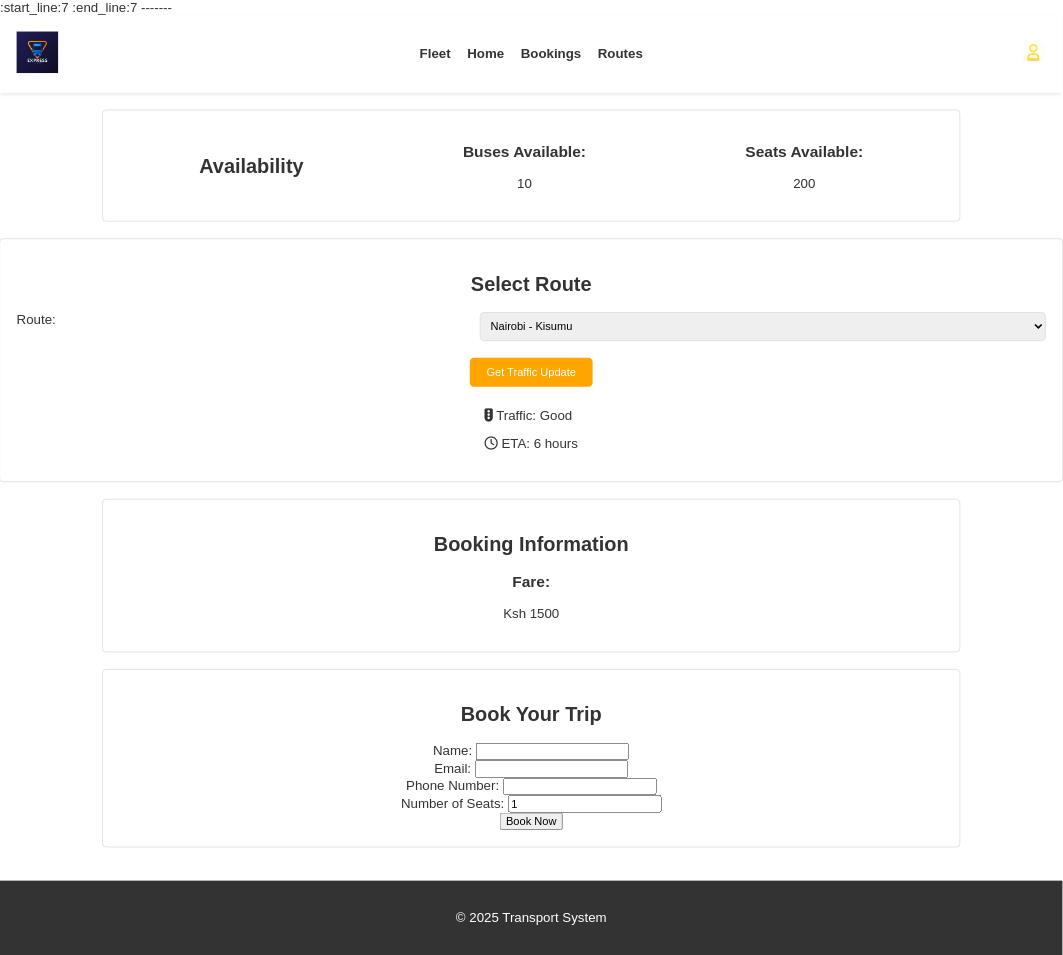
Repository: Ndegwa2/Smart-Transport-System
Page: client/booking.html
The author's editor kept a copy of each file at every save. The page is drawn from the files as they stood at one save, then again after the next save.
The browser window is 1280 px wide. The page is 1281 px wide, so the pictures cover 1281 px, including what lies to the right of the window. The pictures show the whole page, at 83% of full size.

Above is the page before, as saved 2025-04-02 19:01:04.
Console error: TypeError: Cannot set properties of null (setting 'innerHTML')

### client/booking.html
<!DOCTYPE html>
<html lang="en">
<head>
    <meta charset="UTF-8">
    <meta name="viewport" content="width=device-width, initial-scale=1.0">
:start_line:7
:end_line:7
-------
    <title>Booking</title>
    <style>
body {
    font-family: sans-serif;
    margin: 0;
    padding: 0;
    background-color: #fff;
    color: #333;
}

header {
    background-color: #fff;
    padding: 20px;
    display: flex;
    justify-content: space-between;
    align-items: center;
    box-shadow: 0 2px 5px rgba(0, 0, 0, 0.1);
}

.logo img {
    height: 50px;
}

nav ul {
    list-style: none;
    margin: 0;
    padding: 0;
    display: flex;
}

nav li {
    margin-right: 20px;
}

nav a {
    text-decoration: none;
    color: #333;
    font-weight: bold;
    transition: color 0.3s ease;
}

nav a:hover {
    color: orange;
}

.account {
    display: flex;
    align-items: center;
}

.sign-in-out button {
    background-color: orange;
    color: #fff;
    border: none;
    padding: 10px 20px;
    margin-right: 10px;
    border-radius: 5px;
    cursor: pointer;
    transition: background-color 0.3s ease;
}

.sign-in-out button:hover {
    background-color: #d97706;
}

.account-icon img {
    height: 30px;
    border-radius: 50%;
}

main {
    padding: 50px;
    text-align: center;
}

.hero h1 {
    font-size: 3em;
    color: orange;
    margin-bottom: 20px;
}

.hero p {
    font-size: 1.2em;
    line-height: 1.5;
}

footer {
    background-color: #333;
    color: #fff;
    text-align: center;
    padding: 20px;
}

.mission-vision-contacts {
    display: flex;
    justify-content: space-around;
    margin-top: 20px;
}

.card {
    width: 30%;
    padding: 20px;
    border: 1px solid #ddd;
    border-radius: 10px;
    text-align: left;
    transition: transform 0.3s ease;
}

.card:hover {
    transform: translateY(-5px);
    box-shadow: 0 4px 8px rgba(0, 0, 0, 0.2);
}

.slideshow {
    margin-top: 15px;
}

.slideshow-container {
    display: flex;
    flex-wrap: wrap;
}

.slide {
    width: 30%;
    margin: 10px;
    border: 1px solid #ddd;
    border-radius: 5px;
    box-shadow: 0 2px 5px rgba(0, 0, 0, 0.1);
    flex-shrink: 0;
    transition: transform 0.5s ease-in-out;
}

.slide img {
    width: 100%;
    height: 100%;
    object-fit: cover;
}

.about-us {
    margin-top: 15px;
    text-align: justify;
    padding: 20px;
    border: 1px solid #ddd;
    border-radius: 5px;
    box-shadow: 0 2px 5px rgba(0, 0, 0, 0.1);
    width: 100%;
    box-sizing: border-box;
}

.routes {
    margin-top: 20px;
    text-align: left;
}

.routes ul {
    list-style: none;
    padding: 0;
}

.routes li {
    margin-bottom: 10px;
}

.route-list {
    display: flex;
    justify-content: space-around;
    list-style: none;
    padding: 0;
}

.route-list li {
    text-align: center;
}

.route-list img {
    width: 100%;
    height: 200px;
    object-fit: cover;
    border-radius: 5px;
    box-shadow: 0 2px 5px rgba(0, 0, 0, 0.3);
    transition: transform 0.3s ease;
}

.route-list img:hover {
    transform: scale(1.1);
}

.route-list span {
    display: block;
    margin-top: 5px;
    font-weight: bold;
}

/* Styles for routes.html */
.route-container {
    display: flex;
    flex-wrap: wrap;
    justify-content: space-around;
}

.route-card {
    width: 200px;
    margin: 10px;
    padding: 15px;
    border: 1px solid #ddd;
    border-radius: 5px;
    text-align: center;
}

.route-card h3 {
    color: orange;
}

.info-container {
    display: flex;
    justify-content: space-around;
    margin-top: 20px;
}

.info-card {
    width: 30%;
    padding: 15px;
    border: 1px solid #ddd;
    border-radius: 5px;
    text-align: center;
}

.info-card h3 {
    color: orange;
}

.route-card img {
    width: 100%;
    max-height: 150px;
    object-fit: cover;
    border-radius: 5px;
    margin-bottom: 10px;
}

.info-card img {
    width: 100%;
    max-height: 100px;
    object-fit: cover;
    border-radius: 5px;
    margin-bottom: 10px;
}

.info-card {
    float: left;
    width: 45%;
    margin-right: 2%;
    border: 2px solid black;
}

.info-card h3 {
    color: orange;
}

.info-card:last-child {
    float: right;
    margin-right: 0;
}

/* Booking page specific styles */
.booking-page main {
    display: flex;
    flex-direction: column;
    align-items: center;
    padding: 20px;
}

.booking-page section {
    margin-bottom: 20px;
    width: 80%;
    border: 1px solid #ddd;
    padding: 20px;
    border-radius: 5px;
}

#availability {
    display: flex;
    justify-content: space-around;
    align-items: center;
}

#availability div {
    text-align: center;
}

#route-selection {
    display: flex;
    flex-direction: column;
    align-items: center;
    width: 100%;
}

#route-form {
    display: flex;
    flex-direction: column;
    align-items: center;
    width: 100%;
}

#route-form div {
    margin-bottom: 10px;
    width: 100%;
    display: flex;
    justify-content: space-between;
}

#route-form label {
    text-align: left;
    width: 40%;
}

#route-form select {
    width: 55%;
    padding: 8px;
    border-radius: 5px;
    border: 1px solid #ddd;
}

#route-form button {
    background-color: orange;
    color: #fff;
    border: none;
    padding: 10px 20px;
    border-radius: 5px;
    cursor: pointer;
    transition: background-color 0.3s ease;
    margin-top: 10px;
}

#route-form button:hover {
    background-color: #d97706;
}

#traffic-update {
    margin-top: 10px;
    text-align: left;
}

#booking-info {
    text-align: center;
}
    </style>
    <link rel="stylesheet" href="https://cdnjs.cloudflare.com/ajax/libs/font-awesome/6.0.0/css/all.min.css" integrity="sha512-9usAa10IRO0HhonpyAIVpjrylPvoDwiPUiKdWk5t3PyolY1cOd4DSE0Ga+ri4AuTroPR5aQvXU9xC6qOPnzFeg==" crossorigin="anonymous" referrerpolicy="no-referrer" />
</head>
<body class="booking-page">
    <header>
        <div class="logo">
            <img src="10550142.jpg" alt="Sacco Logo">
        </div>
        <nav>
            <ul>
                <li><a href="#">Fleet</a></li>
                <li><a href="landing page.html">Home</a></li>
                <li><a href="booking.html">Bookings</a></li>
                <li><a href="routes.html">Routes</a></li>
            </ul>
        </nav>
        <div class="account">
            <div class="account-icon">
                <img src="user-front-side-with-white-background.jpg" alt="Account">
            </div>

            <div id="login-form" style="display:none;">
                <h2>Login Form</h2>
                <label for="login-email">Email:</label><br>
                <input type="email" id="login-email" name="login-email"><br><br>

                <label for="login-password">Password:</label><br>
                <input type="password" id="login-password" name="login-password"><br><br>

                <button id="login-button">Login</button>
            </div>

            <div id="registration-form" style="display:none;">
                <h2>Registration Form</h2>
                <label for="reg-name">Name:</label><br>
                <input type="text" id="reg-name" name="reg-name"><br><br>

                <label for="reg-email">Email:</label><br>
                <input type="email" id="reg-email" name="reg-email"><br><br>

                <label for="reg-password">Password:</label><br>
                <input type="password" id="reg-password" name="reg-password"><br><br>

                <button id="register-button">Register</button>
            </div>
        </div>
    </header>
    <main>
        <section id="availability">
            <h2>Availability</h2>
            <div>
                <h3>Buses Available:</h3>
                <p id="buses-available">10</p>
            </div>
            <div>
                <h3>Seats Available:</h3>
                <p id="seats-available">200</p>
            </div>
        </section>
        <section id="route-selection">
            <h2>Select Route</h2>
            <form id="route-form">
                <div>
                    <label for="route">Route:</label>
                    <select id="route" name="route">
                        <option value="Nairobi-Kisumu">Nairobi - Kisumu</option>
                        <option value="Nairobi-Mombasa">Nairobi - Mombasa</option>
                        <option value="Kisumu-Mombasa">Kisumu - Mombasa</option>
                    </select>
                </div>
                <button type="submit">Get Traffic Update</button>
            </form>
            <div id="traffic-update">
                    <p><i class="fas fa-traffic-light"></i> Traffic: Good</p>
                <p><i class="far fa-clock"></i> ETA: 6 hours</p>
            </div>
        </section>
        <section id="booking-info">
            <h2>Booking Information</h2>
            <div>
                <h3>Fare:</h3>
                <p id="fare">Ksh 1500</p>
            </div>
        </section>
        <section id="booking-form">
            <h2>Book Your Trip</h2>
            <form id="booking-form">
                <div>
                    <label for="name">Name:</label>
                    <input type="text" id="name" name="name" required>
                </div>
                <div>
                    <label for="email">Email:</label>
                    <input type="email" id="email" name="email" required>
                </div>
                <div>
                    <label for="phone">Phone Number:</label>
                    <input type="tel" id="phone" name="phone" required>
                </div>
                <div>
                    <label for="seats">Number of Seats:</label>
                    <input type="number" id="seats" name="seats" min="1" value="1" required>
                </div>
                <button type="submit">Book Now</button>
            </form>
        </section>
    </main>
    <footer>
        <p>&copy; 2025 Transport System</p>
    </footer>
    <script src="script.js"></script>
</body>
</html>

### client/script.js
const routesData = [
  {
  route: "Nairobi - Kisumu",
  time: "8:00 AM",
  availableBuses: 5,
  availableSeats: 20,
  occupiedSeats: 30
  },
  {
  route: "Nairobi - Mombasa",
  time: "9:00 AM",
  availableBuses: 3,
  availableSeats: 10,
  occupiedSeats: 40
  }
 ];

 function displayRoutes() {
  const routesSection = document.getElementById("routes");
  let routesHTML = "<ul>";
  routesData.forEach(route => {
  routesHTML += `<li>${route.route} - ${route.time} - Available Buses: ${route.availableBuses}</li>`;
  });
  routesHTML += "</ul>";
  routesSection.innerHTML = routesHTML;
 }

 function displayAnalytics() {
  if (isAdmin()) {
  const busAnalyticsSection = document.getElementById("bus-analytics");
  const seatAnalyticsSection = document.getElementById("seat-analytics");

  let totalAvailableBuses = 0;
  let totalAvailableSeats = 0;
  let totalOccupiedSeats = 0;

  routesData.forEach(route => {
  totalAvailableBuses += route.availableBuses;
  totalAvailableSeats += route.availableSeats;
  totalOccupiedSeats += route.occupiedSeats;
  });

  busAnalyticsSection.innerHTML = `<p>Total Available Buses: ${totalAvailableBuses}</p>`;
  seatAnalyticsSection.innerHTML = `<p>Total Available Seats: ${totalAvailableSeats}</p><p>Total Occupied Seats: ${totalOccupiedSeats}</p>`;
  } else {
  const analyticsSection = document.getElementById("analytics");
  analyticsSection.innerHTML = "<p>Analytics available to admins only.</p>";
  }
 }

 function isAdmin() {
  // Replace with actual authentication check
  return true;
 }

 displayRoutes();
 displayAnalytics();

After the next save:
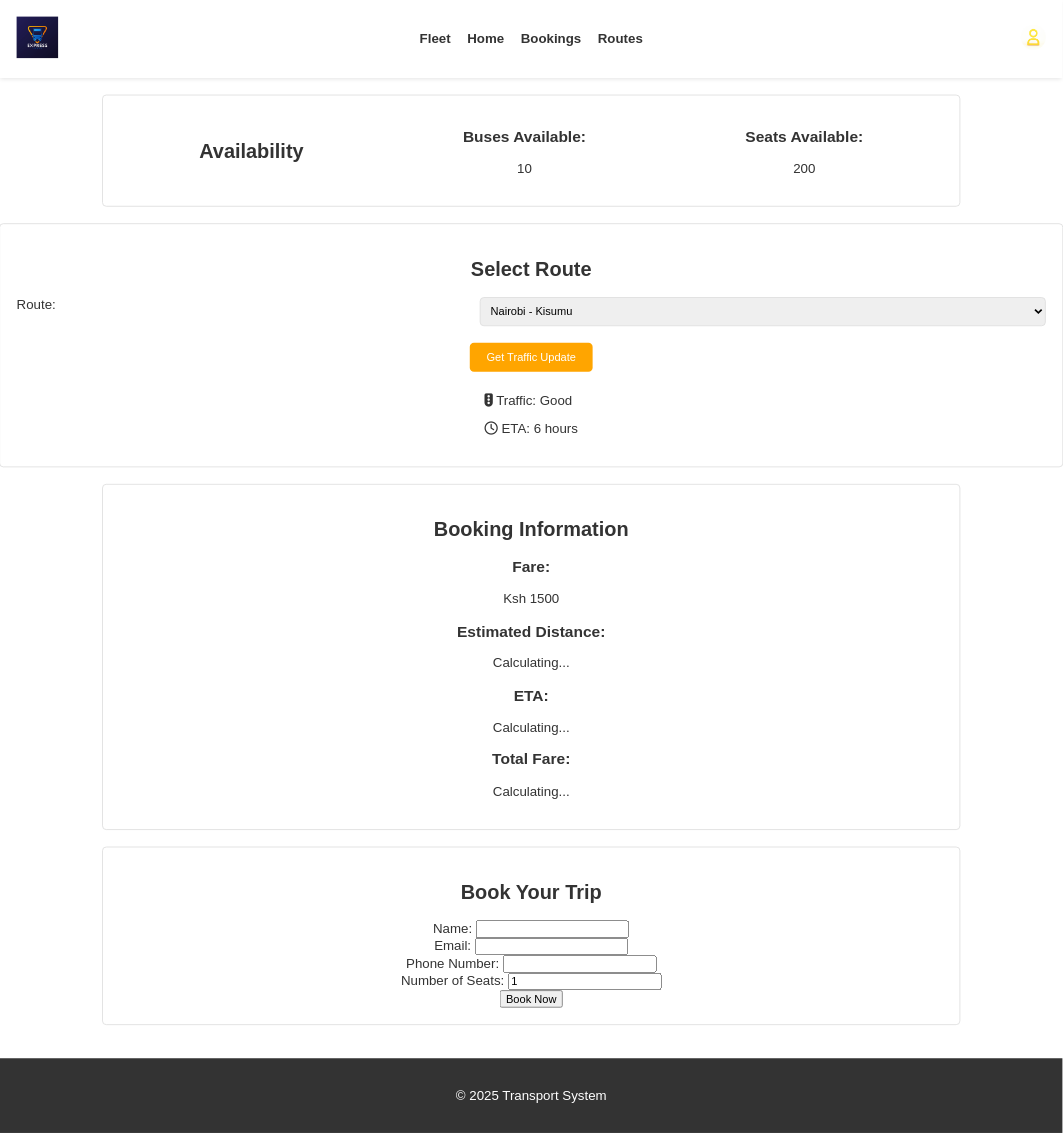
Saved 4 min 43 s later.
--- a/client/booking.html
+++ b/client/booking.html
@@ -3,9 +3,6 @@
 <head>
     <meta charset="UTF-8">
     <meta name="viewport" content="width=device-width, initial-scale=1.0">
-:start_line:7
-:end_line:7
--------
     <title>Booking</title>
     <style>
 body {
@@ -433,6 +430,18 @@ footer {
             <div>
                 <h3>Fare:</h3>
                 <p id="fare">Ksh 1500</p>
+            </div>
+            <div>
+                <h3>Estimated Distance:</h3>
+                <p id="distance">Calculating...</p>
+            </div>
+            <div>
+                <h3>ETA:</h3>
+                <p id="eta">Calculating...</p>
+            </div>
+            <div>
+                <h3>Total Fare:</h3>
+                <p id="total-fare">Calculating...</p>
             </div>
         </section>
         <section id="booking-form">
